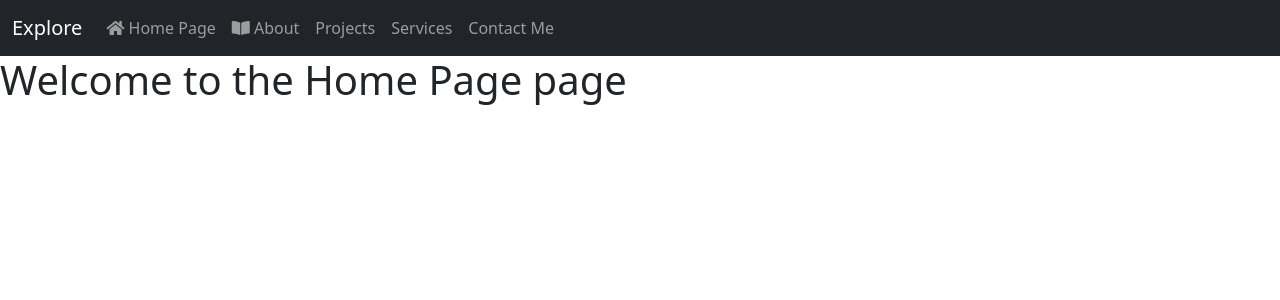
Repository: Survey-Wizard/SurveyWizard
Page: http://localhost/
The author's editor kept a copy of each file at every save. The page is drawn from the files as they stood at one save, then again after the next save.
The browser window is 1280 px wide. The pictures show the whole page.
The page is served by the project's Node server (server.js). Other server files are loaded and not shown.

Above is the page before, as saved 2021-05-30 10:02:52.

### views/index.ejs
<!DOCTYPE html>
<html lang="en">
<head>
  <meta charset="UTF-8">
  <meta http-equiv="X-UA-Compatible" content="IE=edge">
  <meta name="viewport" content="width=device-width, initial-scale=1.0">
  <title><%= title %></title>
  <link rel='stylesheet' href='/bootstrap/dist/css/bootstrap.min.css' />
  <link rel='stylesheet' href='/@fortawesome/fontawesome-free/css/all.min.css' />
  <link rel='stylesheet' href='/Content/app.css' />

</head>
<body>

  <nav class="navbar navbar-expand-lg navbar-dark bg-dark">
    <div class="container-fluid">
      <a class="navbar-brand" href="#">Explore</a>

      <button class="navbar-toggler" type="button" data-bs-toggle="collapse" data-bs-target="#navbarSupportedContent" aria-controls="navbarSupportedContent" aria-expanded="false" aria-label="Toggle navigation">
        <span class="navbar-toggler-icon"></span>
      </button>

      <div class="collapse navbar-collapse" id="navbarSupportedContent">
        <ul class="navbar-nav ml-auto">

          <li class="nav-item active">
            <a class="nav-link"  href="/home"><i class="fas fa-home"></i> Home Page</a>
          </li>

          <li class="nav-item active">
            <a class="nav-link"  href="/about"><i class="fas fa-book-open"></i> About</a>
          </li>

          <li class="nav-item active">
            <a class="nav-link"  href="/projects">Projects</a>
          </li>

          <li class="nav-item active">
            <a class="nav-link"  href="/services">Services</a>
          </li>

          <li class="nav-item active">
            <a class="nav-link"  href="/contact">Contact Me</a>
          </li>

        </div>
      </nav>



  <h1>Welcome to the <%= title %> page</h1>


  <script src="/jquery/dist/jquery.min.js"></script>
  <script src="/bootstrap/dist/css/bootstrap.min.js"></script>
  <script src="/Scripts/app.js"></script>

</body>
</html>

### server.js
#!/usr/bin/env node

/**
 * Module dependencies.
 */

var app = require('./app');
var debug = require('debug')('assignment-1-portfolio:server');
var http = require('http');

/**
 * Get port from environment and store in Express.
 */

var port = normalizePort(process.env.PORT || '3000');
app.set('port', port);

/**
 * Create HTTP server.
 */

var server = http.createServer(app);

/**
 * Listen on provided port, on all network interfaces.
 */

server.listen(port);
server.on('error', onError);
server.on('listening', onListening);

/**
 * Normalize a port into a number, string, or false.
 */

function normalizePort(val) {
  var port = parseInt(val, 10);

  if (isNaN(port)) {
    // named pipe
    return val;
  }

  if (port >= 0) {
    // port number
    return port;
  }

  return false;
}

/**
 * Event listener for HTTP server "error" event.
 */

function onError(error) {
  if (error.syscall !== 'listen') {
    throw error;
  }

  var bind = typeof port === 'string'
    ? 'Pipe ' + port
    : 'Port ' + port;

  // handle specific listen errors with friendly messages
  switch (error.code) {
    case 'EACCES':
      console.error(bind + ' requires elevated privileges');
      process.exit(1);
      break;
    case 'EADDRINUSE':
      console.error(bind + ' is already in use');
      process.exit(1);
      break;
    default:
      throw error;
  }
}

/**
 * Event listener for HTTP server "listening" event.
 */

function onListening() {
  var addr = server.address();
  var bind = typeof addr === 'string'
    ? 'pipe ' + addr
    : 'port ' + addr.port;
  debug('Listening on ' + bind);
}

### routes/index.js
var express = require('express');
var router = express.Router();


/* GET home page. */
router.get('/', function(req, res, next) {
  res.render('index', { title: 'Home Page' });
});

/* GET home page. */
router.get('/home', function(req, res, next) {
  res.render('index', { title: 'Home Page' });
});

/* GET About page. */
router.get('/about', function(req, res, next) {
  res.render('index', { title: 'About' });
});

/* GET Projects page. */
router.get('/projects', function(req, res, next) {
  res.render('index', { title: 'Projects' });
});

/* GET Services page. */
router.get('/services', function(req, res, next) {
  res.render('index', { title: 'Services' });
});

/* GET Contact page. */
router.get('/contact', function(req, res, next) {
  res.render('index', { title: 'Contact Me' });
});



module.exports = router;

### app.js
let createError = require('http-errors');
let express = require('express');
let path = require('path');
let cookieParser = require('cookie-parser');
let logger = require('morgan');

let indexRouter = require('./routes/index');
let usersRouter = require('./routes/users');

let app = express();

// view engine setup
app.set('views', path.join(__dirname, 'views'));
app.set('view engine', 'ejs');

app.use(logger('dev'));
app.use(express.json());
app.use(express.urlencoded({ extended: false }));
app.use(cookieParser());
app.use(express.static(path.join(__dirname, 'public')));
app.use(express.static(path.join(__dirname, 'node_modules')));
app.use('/', indexRouter);
app.use('/users', usersRouter);

// catch 404 and forward to error handler
app.use(function(req, res, next) {
  next(createError(404));
});

// error handler
app.use(function(err, req, res, next) {
  // set locals, only providing error in development
  res.locals.message = err.message;
  res.locals.error = req.app.get('env') === 'development' ? err : {};

  // render the error page
  res.status(err.status || 500);
  res.render('error');
});

module.exports = app;

### public/Content/app.css
/* Custom css */

### public/Scripts/app.js
(function (){

    function Start ()
    {
        console.log("App Started...");

    }

    window.addEventListener("load", Start);

})();

After the next save:
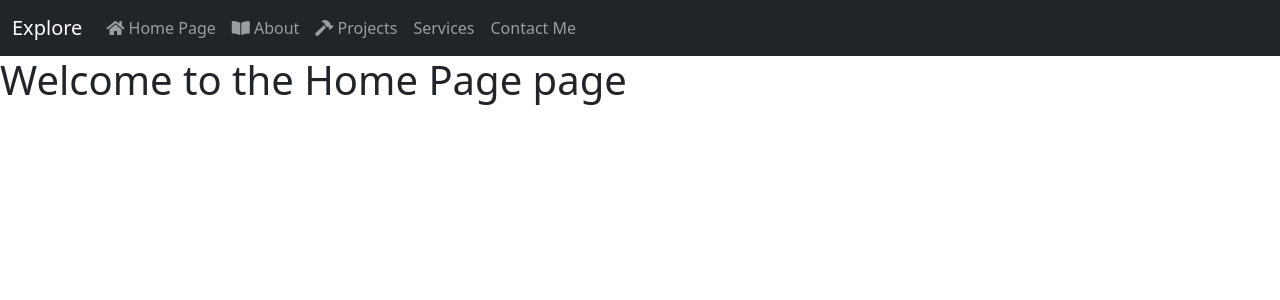
Saved 4 s later.
--- a/views/index.ejs
+++ b/views/index.ejs
@@ -32,7 +32,7 @@
           </li>
 
           <li class="nav-item active">
-            <a class="nav-link"  href="/projects">Projects</a>
+            <a class="nav-link"  href="/projects"><i class="fas fa-hammer"></i> Projects</a>
           </li>
 
           <li class="nav-item active">
